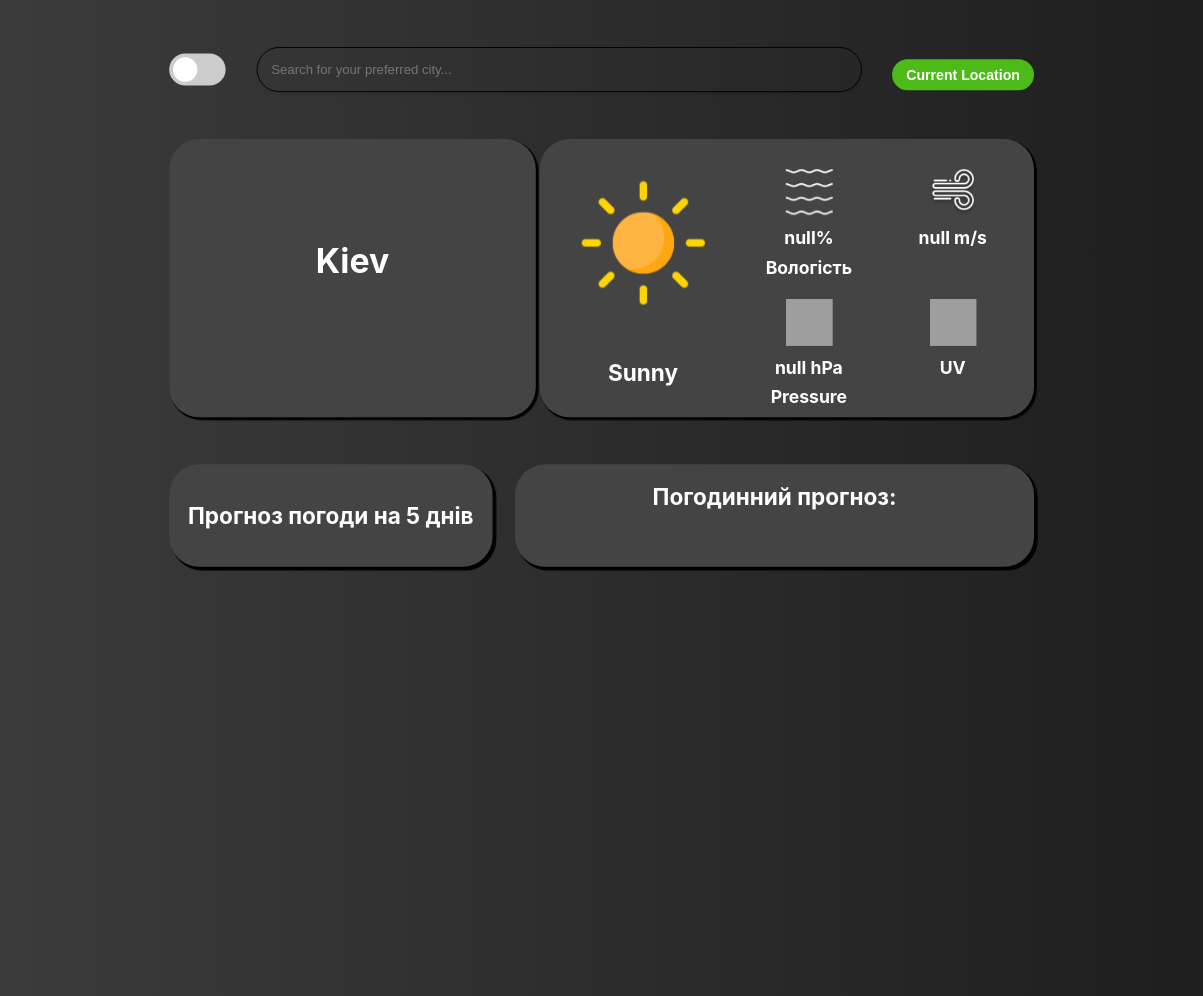
Repository: valeriibb/WeatherAPP
Page: /
These files come from the project's save history. The page is drawn as it stood at one moment and after a run of saves; the edit follows.
The browser window is 1280 px wide. The pictures show the whole page, at 94% of full size.
Pictures or frames that could not be fetched are drawn as grey boxes. The page's requests for data from a server got no answer. Some web fonts or font styles are not loaded; a fallback is used. The project was rebuilt for these pictures with package versions that can differ from the ones it lists, and the page was loaded fresh each time. No one was signed in, and anything a server would have sent is missing.

Above is the page before, as saved 2024-03-10 19:30:02.

After the next 2 saves:
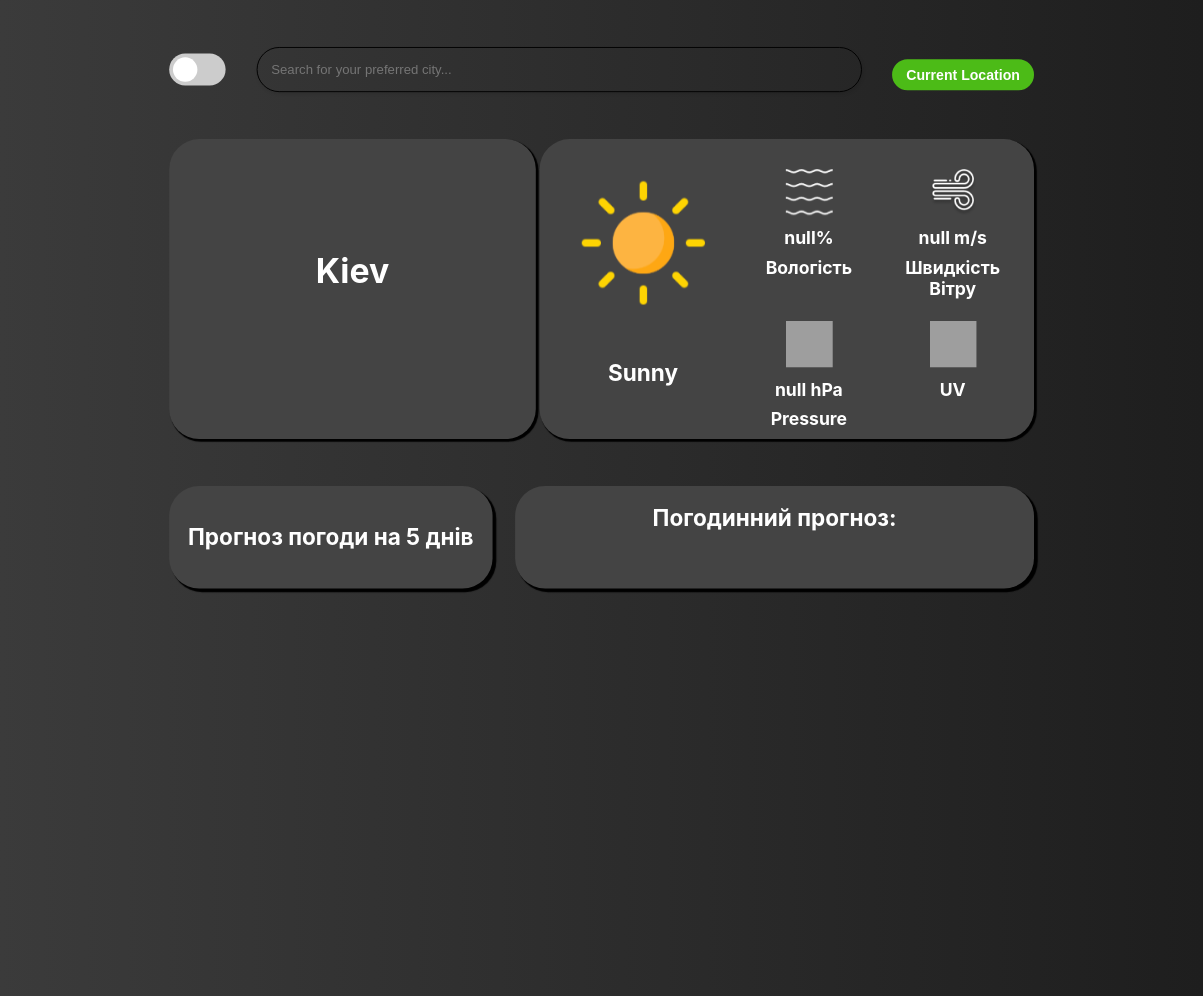
The 2 saves are shown as one change because they came seconds apart.
The last was saved 10 s later.
--- a/src/components/weatherdata.js
+++ b/src/components/weatherdata.js
@@ -64,7 +64,7 @@ export default function Weatherdata(props) {
             </div>
             <div className="Air_Conditions">
             <AtmItems img='humidity 1.png' data={`${weatherData && weatherData.main.humidity}%`} text='Вологість' />
-            <AtmItems img='wind 1.png' data={`${weatherData && weatherData.wind.speed} m/s`} text='' />
+            <AtmItems img='wind 1.png' data={`${weatherData && weatherData.wind.speed} m/s`} text='Швидкість Вітру' />
             <AtmItems img='pressure-white 1.png' data={`${weatherData && weatherData.main.pressure} hPa`} text='Pressure' />
             <AtmItems img='uv-white 1.png' data={weatherData && weatherData.main.value} text='UV' />
 
